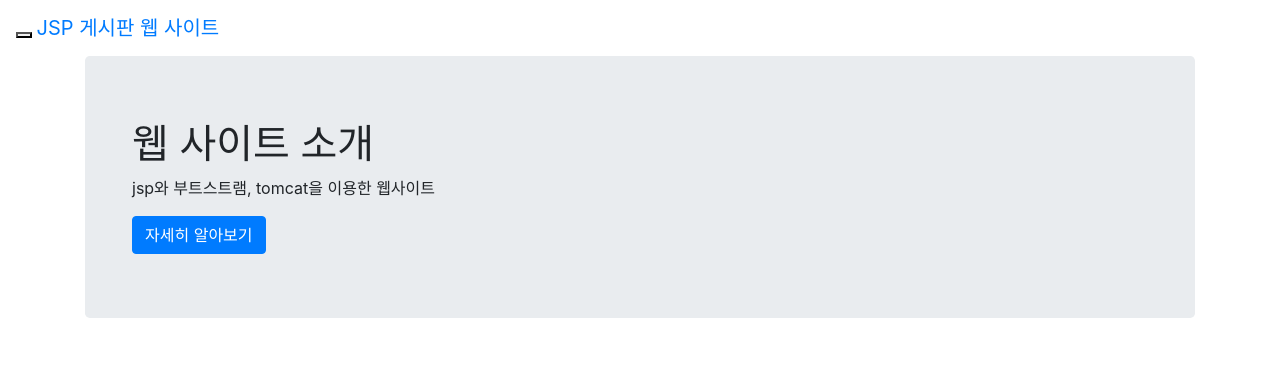
Repository: hz6450/2024-summer-jsp-notice-project
Page: http://localhost/BBS/main.jsp
These files come from the project's save history. The page is drawn as it stood at one moment and after the next save; the edit follows.
The browser window is 1280 px wide. The pictures show the whole page.
Some web libraries are served in a nearby version. The page is served by Tomcat 10. Other server files are loaded and not shown.

Above is the page before, as saved 2024-07-11 23:58:32.

### projects/BBS/src/main/webapp/main.jsp
<%@ page language="java" contentType="text/html; charset=UTF-8"
	pageEncoding="UTF-8"%>
<%@ page import="java.io.PrintWriter"%>
<!DOCTYPE html>
<html>

<head>
<meta charset="UTF-8">
<meta name="viewport" content="width=device-width" initial-scale="1">
<link rel="stylesheet" href="css/bootstrap.css">
<title>jsp 게시판 웹 사이트</title>
</head>

<body>
	<%
	String userID = null;
	if (session.getAttribute("userID") != null) {
		userID = (String) session.getAttribute("userID");
	}
	%>
	<nav class="navbar navbar-default">
		<div class="navbar-header">
			<button type="button" class="navbar-toggle" data-toggle="collapse"
				data-target="#bs-example-navbar-collapse-1" aria-expanded="false">
				<span class="icon-bar"></span> <span class="icon-bar"></span> <span
					class="icon-bar"></span>
			</button>
			<a class="navbar-brand" href="main.jsp">JSP 게시판 웹 사이트</a>
		</div>
		<div class="collapse navbar-collapse"
			id="bs-example-navbar-collapse-1">
			<ul class="nav navbar-nav">
				<li class="active"><a href="main.jsp">메인</a></li>
				<li><a href="BBS.jsp">게시판</a></li>
			</ul>
			<%
			if (userID == null) { //로그인 정보가 없을때
			%>
			<ul class="nav navber-nav navbar-right">
				<li class="dropdown"><a href="#" class="dropdown-toggle"
					data-toggle="dropdown" role="button" aria-haspopup="true"
					aria-expanded="false">접속하기<span class="caret"></span></a>
					<ul class="dropdown-menu">
						<li><a href="login.jsp">로그인</a></li>
						<li><a href="join.jsp">회원가입</a></li>
					</ul></li>
			</ul>
			<%
			} else { // 로그인되었을때
			%>
			<ul class="nav navber-nav navbar-right">
				<li class="dropdown"><a href="#" class="dropdown-toggle"
					data-toggle="dropdown" role="button" aria-haspopup="true"
					aria-expanded="false">회원관리<span class="caret"></span></a>
					<ul class="dropdown-menu">
						<li><a href="logoutAction.jsp">로그아웃</a></li>
					</ul></li>
			</ul>
			<%
			}
			%>
		</div>
	</nav>

	<div class="container">
		<div class="jumbotron">
			<div class="container">
			<h1>웹 사이트 소개</h1>
			<p>jsp와 부트스트램, tomcat을 이용한 웹사이트</p>
			<a class="btn btn-primary btn-pull" href="#" role="button">자세히 알아보기</a>
			</div>
		</div>
	</div>


	<script src="https://code.jquery.com/jquery-3.1.1.min.js"></script>
	<script src="js/bootstrap.js"></script>

</body>

</html>

Loaded but not shown: projects/BBS/src/main/webapp/css/bootstrap.css (library); projects/BBS/src/main/webapp/js/bootstrap.js (library)

After the next save:
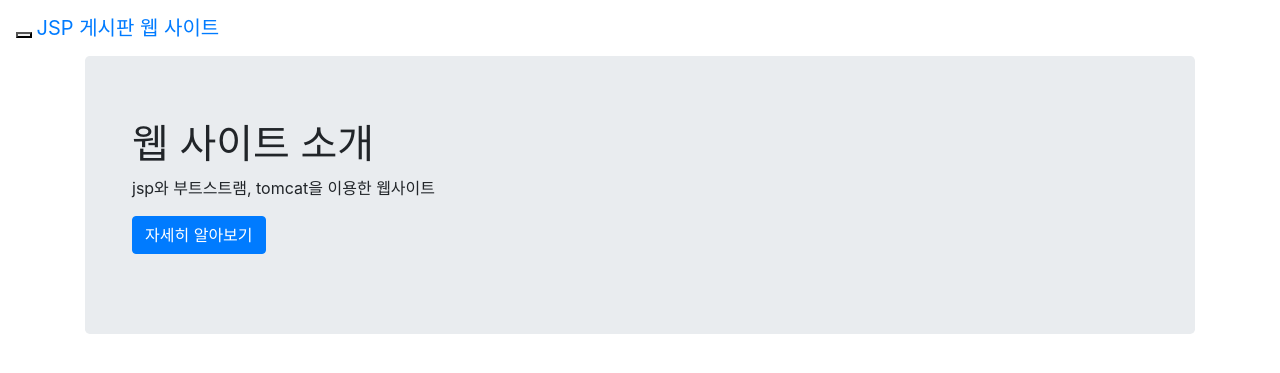
Saved 119 s later.
--- a/projects/BBS/src/main/webapp/main.jsp
+++ b/projects/BBS/src/main/webapp/main.jsp
@@ -67,7 +67,7 @@
 			<div class="container">
 			<h1>웹 사이트 소개</h1>
 			<p>jsp와 부트스트램, tomcat을 이용한 웹사이트</p>
-			<a class="btn btn-primary btn-pull" href="#" role="button">자세히 알아보기</a>
+			<p><a class="btn btn-primary btn-pull" href="#" role="button">자세히 알아보기</a></p>
 			</div>
 		</div>
 	</div>
